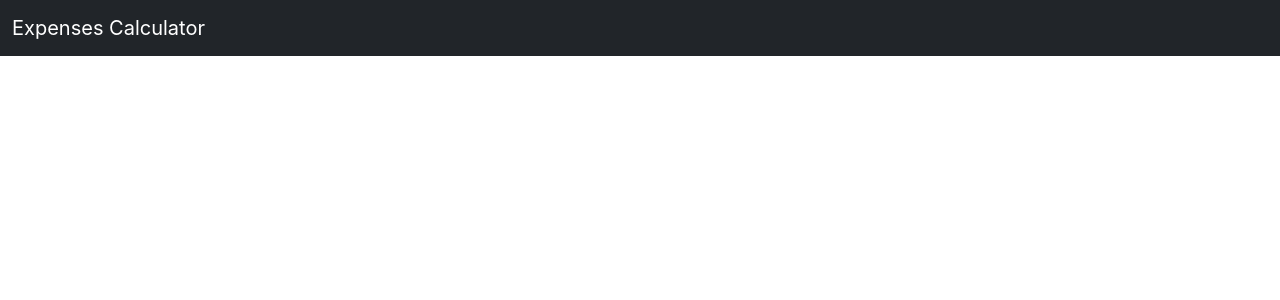
Repository: eidankhan/expenses-calculator
Page: /
These files come from the project's save history. The page is drawn as it stood at one moment and after the next save; the edit follows.
The browser window is 1280 px wide. The pictures show the whole page.
The project was rebuilt for these pictures with package versions that can differ from the ones it lists, and the page was loaded fresh each time.

Above is the page before, as saved 2021-11-29 15:12:57.

After the next save:
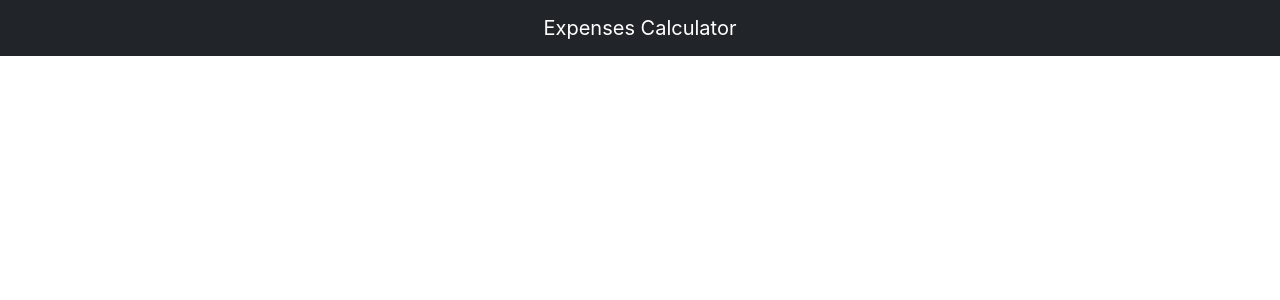
Saved 27 s later.
--- a/src/components/Navbar.js
+++ b/src/components/Navbar.js
@@ -4,7 +4,7 @@
   return (
     <nav className="navbar navbar-dark bg-dark">
       <div className="container-fluid">
-        <a className="navbar-brand" href="/"> Expenses Calculator</a>
+        <a className="navbar-brand" href="/"  style={{margin: "auto"}} > Expenses Calculator</a>
 
         {/* <form className="d-flex">
           <input

After the save that followed:
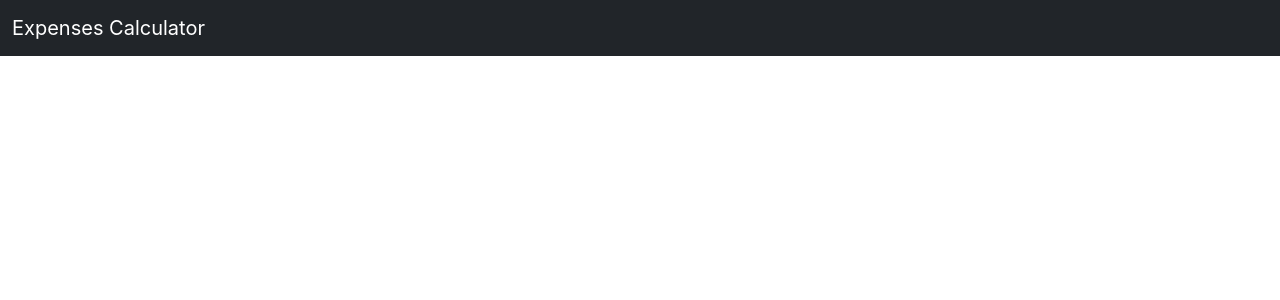
Saved 18 s later.
--- a/src/components/Navbar.js
+++ b/src/components/Navbar.js
@@ -4,7 +4,7 @@
   return (
     <nav className="navbar navbar-dark bg-dark">
       <div className="container-fluid">
-        <a className="navbar-brand" href="/"  style={{margin: "auto"}} > Expenses Calculator</a>
+        <a className="navbar-brand" href="/" > Expenses Calculator</a>
 
         {/* <form className="d-flex">
           <input
